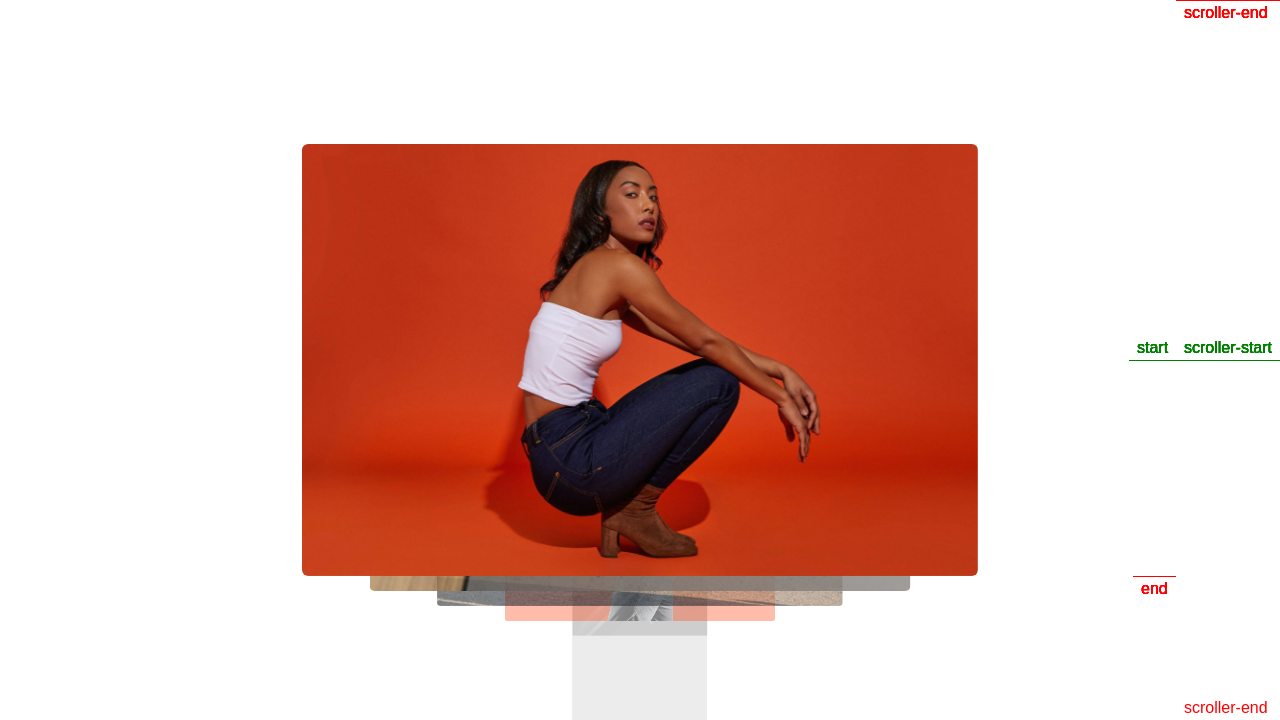
Repository: lwygold/motion
Page: layout/이미지 위로 계속 올라가는레이아웃.html
The author's editor kept a copy of each file at every save. The page is drawn from the files as they stood at one save, then again after the next save.
The browser window is 1280 px wide. The pictures show the window.
Pictures or frames that could not be fetched are drawn as grey boxes. A layer covers the whole window, so only the first screen is drawn.

Above is the page before, as saved 2023-02-20 17:25:00.

After the next save:
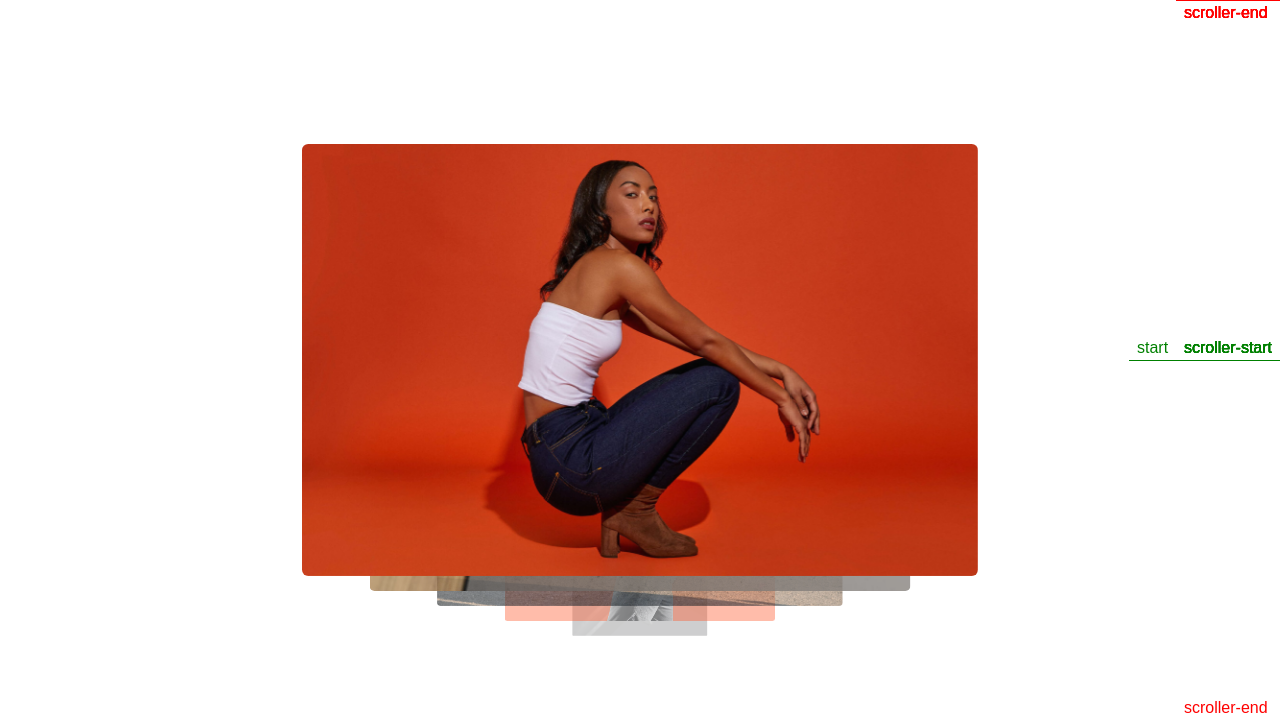
Saved 25 s later.
--- a/layout/이미지 위로 계속 올라가는레이아웃.html
+++ b/layout/이미지 위로 계속 올라가는레이아웃.html
@@ -188,7 +188,7 @@
 
             let tl2 = gsap.timeline({
                 scrollTrigger: {
-                    trigger: '.panel_first',
+                    trigger: $ul,
                     start: "center center",
                     end: "bottom top",
                     scrub: true,
@@ -198,7 +198,7 @@
 
             let tl3 = gsap.timeline({
                 scrollTrigger: {
-                    trigger: '.panel_first',
+                    trigger: $ul,
                     start: "center center",
                     end: "bottom top",
                     scrub: true,
@@ -208,7 +208,7 @@
 
             let tl4 = gsap.timeline({
                 scrollTrigger: {
-                    trigger: '.panel_first',
+                    trigger: $ul,
                     start: "center center",
                     end: "bottom top",
                     scrub: true,
@@ -218,7 +218,7 @@
 
             let tl5 = gsap.timeline({
                 scrollTrigger: {
-                    trigger: '.panel_first',
+                    trigger: $ul,
                     start: "center center",
                     end: "bottom top",
                     scrub: true,
@@ -228,7 +228,7 @@
 
             let tl6 = gsap.timeline({
                 scrollTrigger: {
-                    trigger: '.panel_first',
+                    trigger: $ul,
                     start: "center center",
                     end: "bottom top",
                     scrub: true,
